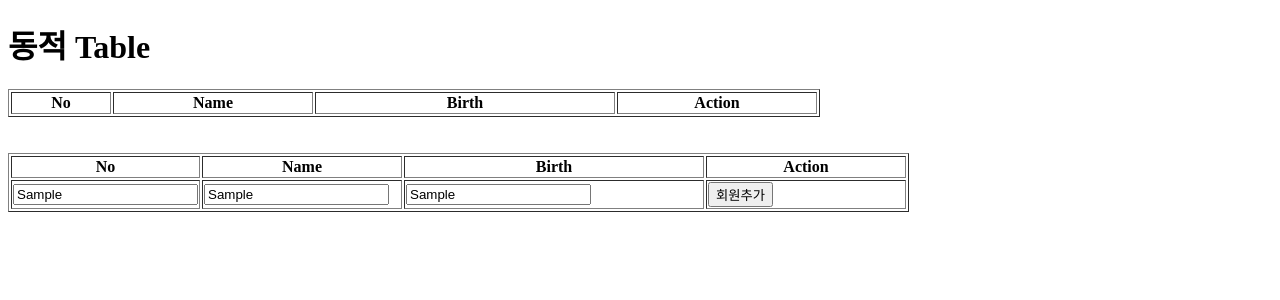
Repository: jeongho97/JQuery
Page: alloc/WebContent/index.html
These files come from the project's save history. The page is drawn as it stood at one moment and after the next save; the edit follows.
The browser window is 1280 px wide. The pictures show the whole page.
Empty fields were first filled with sample values (such as "Sample", 5 or name@example.com).
After loading, the first visible `#list_table` was clicked once.

Above is the page before, as saved 2022-05-13 07:44:41.

After the next save:
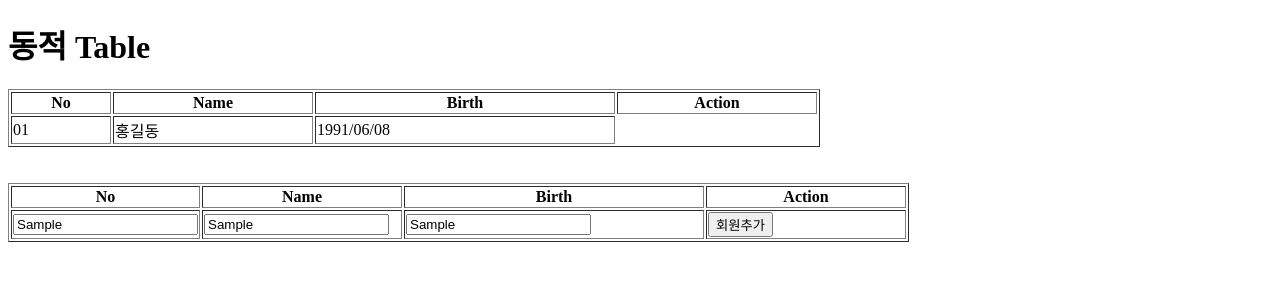
Saved 110 s later.
--- a/alloc/WebContent/index.html
+++ b/alloc/WebContent/index.html
@@ -101,7 +101,7 @@
 })
 
 $("#list_table").on("click",function(){
-	$(".delete-link").parent().parent().remove();
+	$(".delete-link").parent().remove();
 });
 
 </script>

After the save that followed:
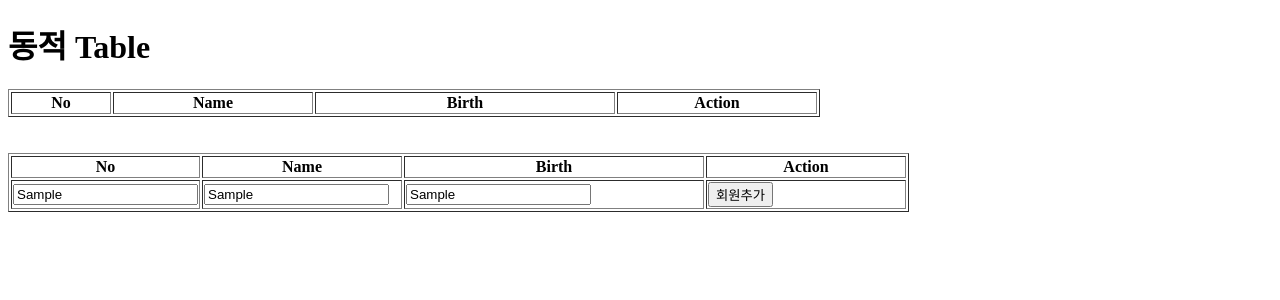
Saved 21 s later.
--- a/alloc/WebContent/index.html
+++ b/alloc/WebContent/index.html
@@ -101,7 +101,7 @@
 })
 
 $("#list_table").on("click",function(){
-	$(".delete-link").parent().remove();
+	$(".delete-link").parent().parent().remove();
 });
 
 </script>
